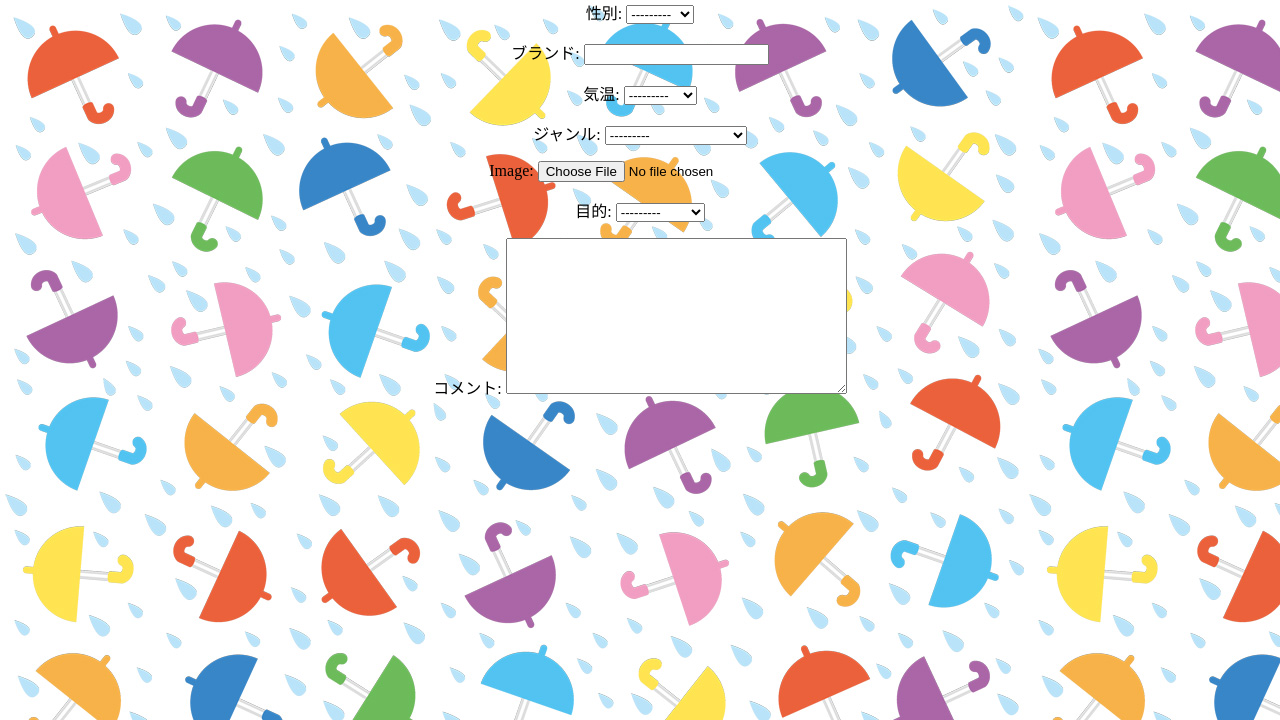
Repository: onoryo/DjangoProject
Page: http://localhost/toukou/
The author's editor kept a record of every edit. The page is drawn from the files as they stood at one moment, then again after the next edit.
The browser window is 1280 px wide. The pictures show the whole page.
The page is served by the project's application, run on Django 2.2 (manage.py).

Above is the page before.

After the next edit:
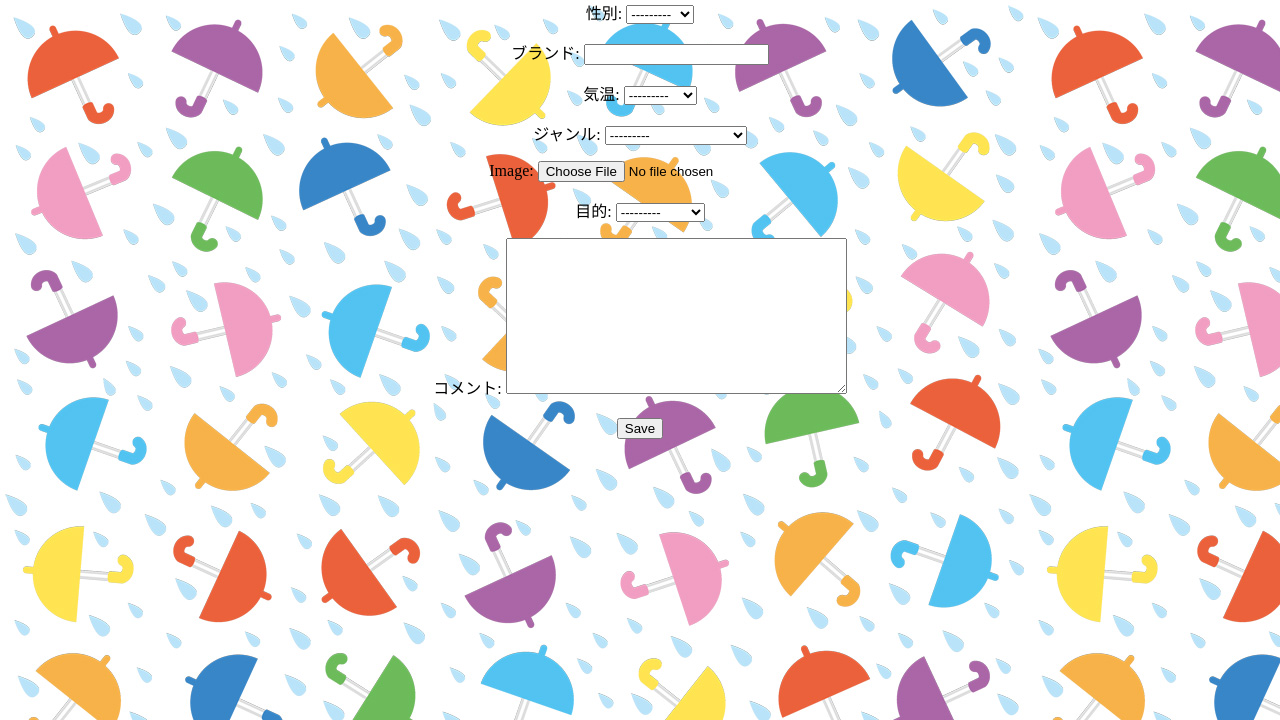
The edit:
--- a/clothes/templates/clothes/toukou.html
+++ b/clothes/templates/clothes/toukou.html
@@ -11,7 +11,7 @@
         <table>
             {{ form.as_p }}
             <tr>
-                <td></td>
+                <td><button type="submit" >Save</button></td>
             </tr>
         </table>
 
